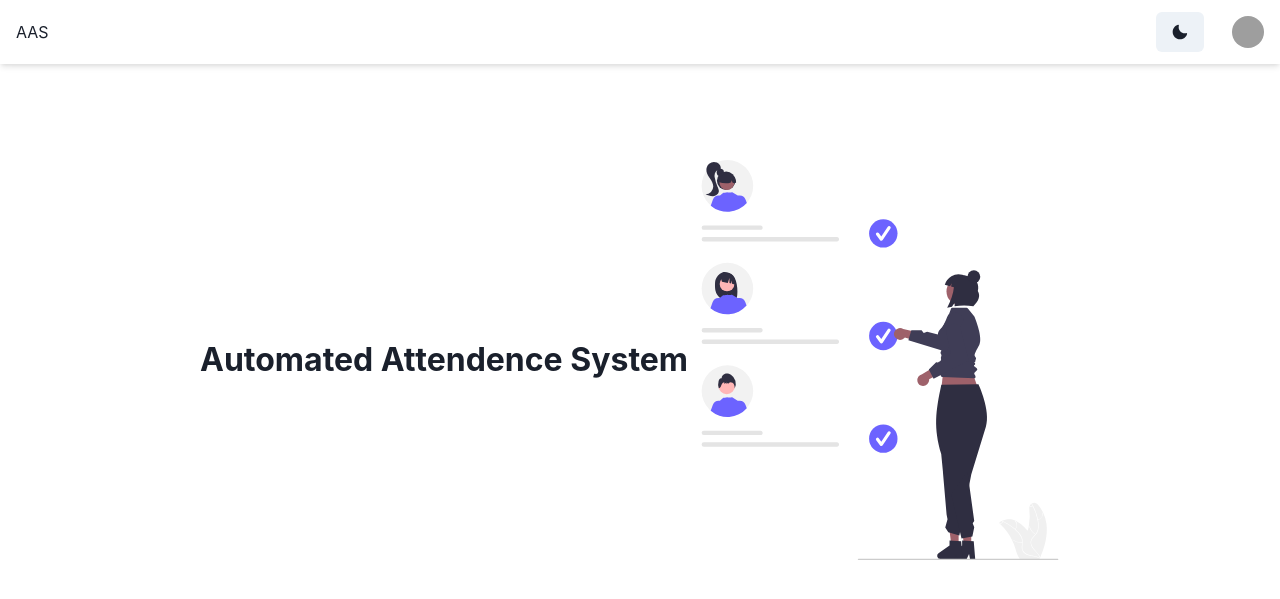
Repository: shash0708/attendence
Page: /
The author's editor kept a copy of each file at every save. The page is drawn from the files as they stood at one save, then again after the next save.
The browser window is 1280 px wide. The pictures show the whole page.
Pictures or frames that could not be fetched are drawn as grey boxes. The project was rebuilt for these pictures with package versions that can differ from the ones it lists, and the page was loaded fresh each time. Also part of the build but not shown: src/App.css, src/components/Login/Login.component.jsx, src/components/Signup/Signup.component.jsx, src/routes/Authentication/Authentication.component.jsx.

Above is the page before, as saved 2024-04-06 19:49:31.

### src/index.js
import React from 'react';
import ReactDOM from 'react-dom/client';
import './index.css';
import App from './App';
import reportWebVitals from './reportWebVitals';
import { BrowserRouter } from 'react-router-dom';
import { ChakraProvider } from '@chakra-ui/react'

const root = ReactDOM.createRoot(document.getElementById('root'));
root.render(
  <React.StrictMode>
  <BrowserRouter>
<ChakraProvider>
    <App />
    </ChakraProvider>
    </BrowserRouter>

  </React.StrictMode>
);

// If you want to start measuring performance in your app, pass a function
// to log results (for example: reportWebVitals(console.log))
// or send to an analytics endpoint. Learn more: https://bit.ly/CRA-vitals
reportWebVitals();

### src/App.js
import './App.css';
import Home from './routes/Home/Home.component.jsx'
import { Routes,Route} from 'react-router-dom';
import Authentication from './routes/Authentication/Authentication.component';

function App() {
  return (
    <Routes>
    <Route index element={<Home/>}/>

    <Route path='auth' element={<Authentication/>}/>

    </Routes>
  );
}

export default App;

### src/routes/Home/Home.component.jsx
import React from 'react'
import { Outlet } from 'react-router-dom';
import Nav from '../../components/Navbar/Navbar.component';
import HomeProp from '../../components/homeProp/HomeProp.component';
const Home  = () => {
  return (
    <div>
       <Nav/>
       <HomeProp />
       <Outlet/>
    </div>
  )
}

export  default Home;

### client/src/components/Navbar/Navbar.component.jsx
'use client'

import {
  Box,
  Flex,
  Avatar,
  Text,
  Button,
  Menu,
  MenuButton,
  MenuList,
  MenuItem,
  MenuDivider,
  useDisclosure,
  useColorModeValue,
  Stack,
  useColorMode,
  Center,
} from '@chakra-ui/react'
import { MoonIcon, SunIcon } from '@chakra-ui/icons'
import { Link, Outlet } from 'react-router-dom';

const NavLink = (props) => {
  const { children } = props

  return (
    <Box
      as="a"
      px={2}
      py={1}
      rounded={'md'}
      _hover={{
        textDecoration: 'none',
        bg: useColorModeValue('gray.200', 'gray.700'),
      }}
      href={'#'}>
      {children}
    </Box>
  )
}

export default function Nav() {
  const { colorMode, toggleColorMode } = useColorMode();
  const { isOpen, onOpen, onClose } = useDisclosure();
  return (
    <div>
      <Box

        px={4}
        shadow="md"
        style={{ backdropFilter: 'blur(10px)' }} // Adds blur effect to the background
      >
        <Flex h={16} alignItems={'center'} justifyContent={'space-between'}>
          <Box>
          <Link to="/">AAS</Link>

          </Box>

          <Flex alignItems={'center'}>
            <Stack direction={'row'} spacing={7}>
              <Button onClick={toggleColorMode}>
                {colorMode === 'light' ? <MoonIcon /> : <SunIcon />}
              </Button>

              <Menu>
                <MenuButton
                  as={Button}
                  rounded={'full'}
                  variant={'link'}
                  cursor={'pointer'}
                  minW={0}>
                  <Avatar
                    size={'sm'}
                    src={'https://avatars.dicebear.com/api/male/username.svg'}
                  />
                </MenuButton>
                <MenuList alignItems={'center'} shadow="lg">
                  <br />
                  <Center>
                    <Avatar
                      size={'2xl'}
                      src={'https://avatars.dicebear.com/api/male/username.svg'}
                    />
                  </Center>
                  <br />
                  <Center>
                    <p>Username</p>
                  </Center>
                  <br />
                  <MenuDivider />
                  <MenuItem>Your Servers</MenuItem>
                  <MenuItem>Account Settings</MenuItem>
                  <MenuItem>Logout</MenuItem>
                </MenuList>
              </Menu>
            </Stack>
          </Flex>
        </Flex>
      </Box>
      <Outlet />
    </div>
  );
}

### src/components/homeProp/HomeProp.component.jsx
import React, { Fragment } from 'react'
import { ReactComponent as HomeLogo } from '../../assests/home.svg'
import './HomeProp.styles.scss';
const HomeProp= () => {
  return (
    <Fragment>
<div className='text'>
    <h1>Automated Attendence  System</h1>
    </div>
      <HomeLogo className='home-prop'/>
    </Fragment>
  )
}

export default HomeProp;

### src/components/homeProp/HomeProp.styles.scss
// Use variables to style your logo
.home-prop{
  width: 1000px;
  height: 400px;  // Add other styling properties as needed
  position: fixed;
  top: 50%; // Adjust as needed
  right: -100px; // Adjust as needed
  transform: translateY(-50%);
}

.text{
  font-size: xx-large;
  font-weight: bolder;
  position: fixed;
  top: 50%; // Adjust as needed
  left: 200px; // Adjust as needed
  transform: translateY(-50%);
}

Loaded but not shown: public/index.html (common file); src/index.css (common file); src/reportWebVitals.js (common file)

After the next save:
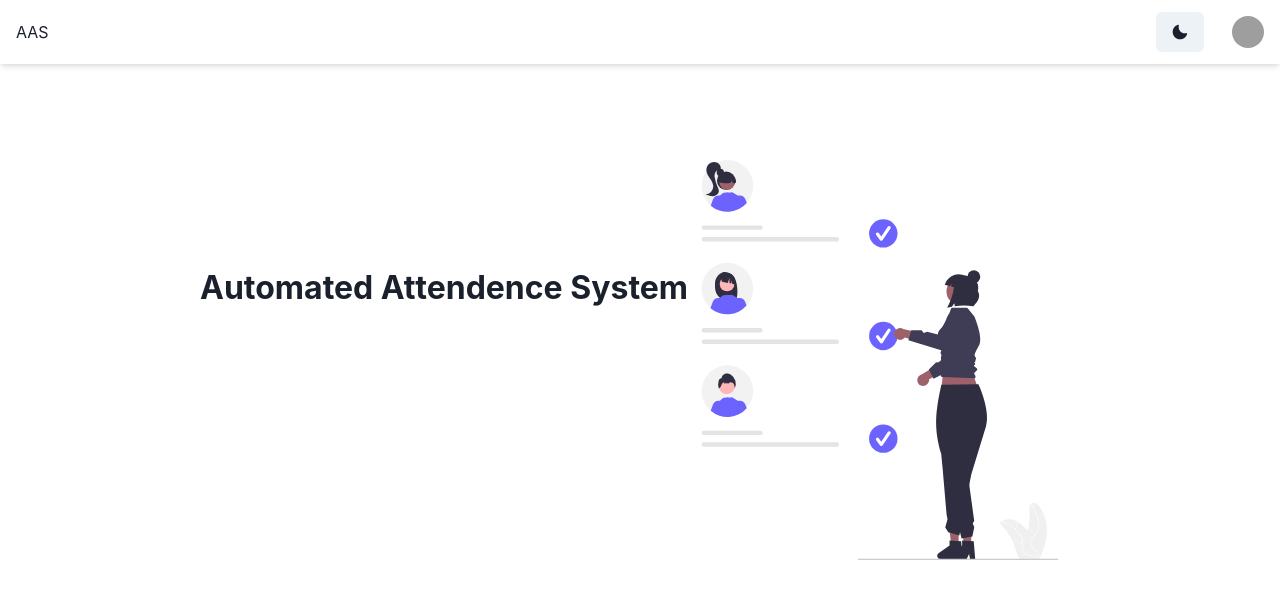
Saved 7 s later.
--- a/src/components/homeProp/HomeProp.styles.scss
+++ b/src/components/homeProp/HomeProp.styles.scss
@@ -12,7 +12,7 @@
   font-size: xx-large;
   font-weight: bolder;
   position: fixed;
-  top: 50%; // Adjust as needed
+  top: 40%; // Adjust as needed
   left: 200px; // Adjust as needed
   transform: translateY(-50%);
 }
